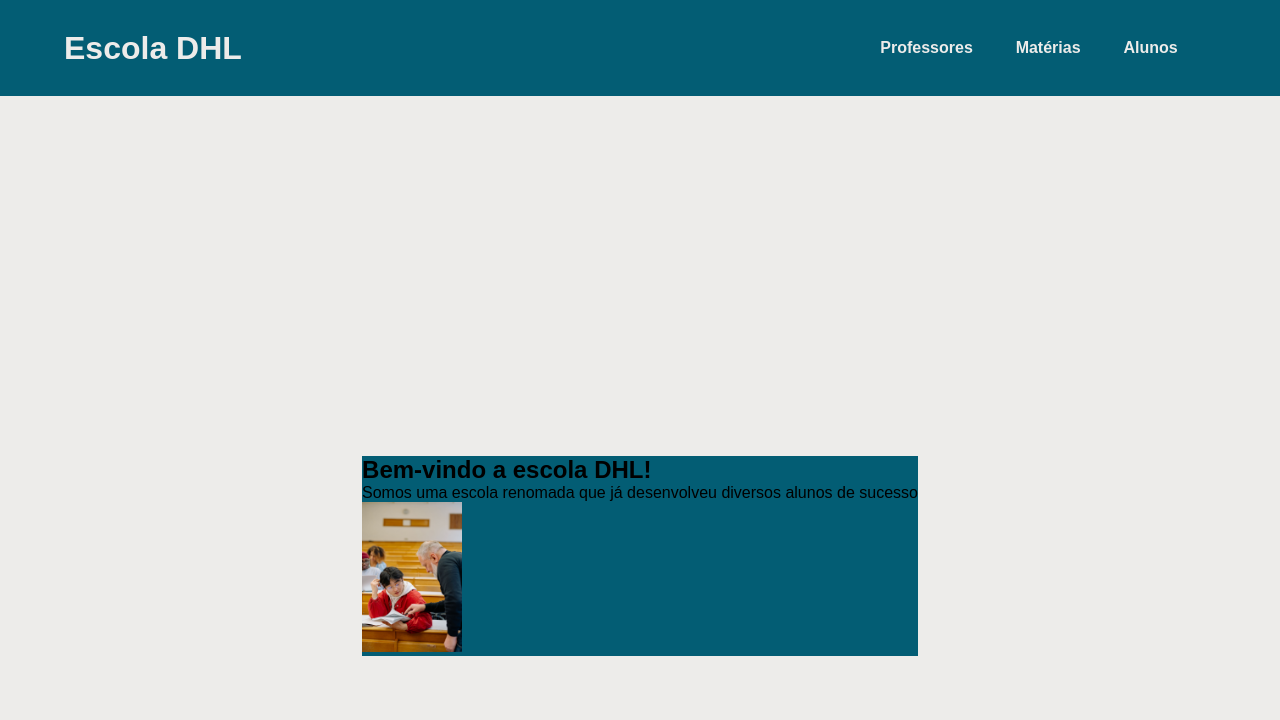
Repository: SirHick/sa-sistema-escola-DHL
Page: front/index.html
These files come from the project's save history. The page is drawn as it stood at one moment and after the next save; the edit follows.
The browser window is 1280 px wide. The pictures show the whole page.

Above is the page before, as saved 2026-07-17 15:37:49.

### front/index.html
<!DOCTYPE html>
<html lang="pt-br">
<head>
    <meta charset="UTF-8">
    <meta name="viewport" content="width=device-width, initial-scale=1.0">
    <title>Escola SA</title>
    <link rel="stylesheet" href="style.css">
</head>
<body>
    <header>

        <h1>Escola DHL</h1>

        <nav>
            <a href="">Professores</a>
            <a href="">Matérias</a>
            <a href="">Alunos</a>
        </nav>
    </header>

    <main class = "hero-section">
        <section class = "main-text-hero-section">
            <h2>Bem-vindo a escola DHL!</h2>

            <p>Somos uma escola renomada que já
                desenvolveu diversos alunos de sucesso</p>
        </section>

        <img src="images/student-and-teacher.jpg" alt="A student receiving help from his teacher">
    </main>


    <script src="script.js"></script>
</body>
</html>

### front/style.css
*{
    margin: 0;
    padding: 0;
    box-sizing: border-box;
    object-fit: cover;
    font-family: 'Nunito', sans-serif;
}

img{
    width: 100px;
}

body{
    background: #EDECEA;
    align-content: center;
}

header{
    background: #035D74;
    width: 100vw;
    height: 6rem;
    max-height: 8rem;
    display: grid;
    grid-template-columns: 1fr 1fr;
    align-items: center;
    padding-left: 5vw;
    padding-right: 5vw;
}

header h1{
    color: #EDECEA;
}

header nav{
    justify-self: end;

}

header nav a{
    text-decoration: none;
    color: #EDECEA;
    font-weight: 700;
    margin-right: 3vw;
}

.hero-section{
    justify-self: center;
    margin-top: 50vh;
    background-color: #035D74;
}

Loaded but not shown: front/script.js (no stored copy; drawn as an empty file)

After the next save:
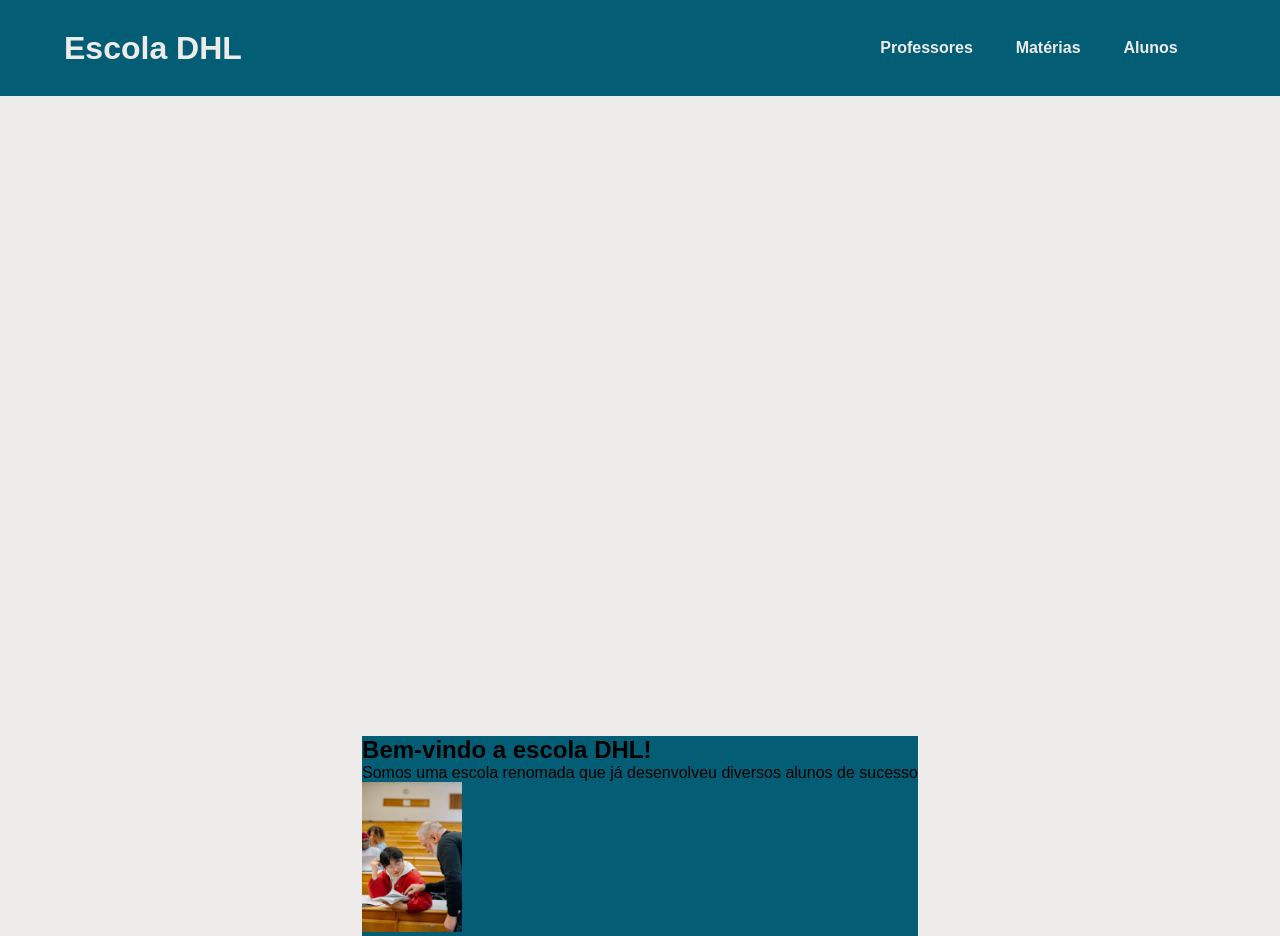
Saved 7 s later.
--- a/front/style.css
+++ b/front/style.css
@@ -45,6 +45,6 @@ header nav a{
 
 .hero-section{
     justify-self: center;
-    margin-top: 50vh;
+    margin-top: 50%;
     background-color: #035D74;
 }
